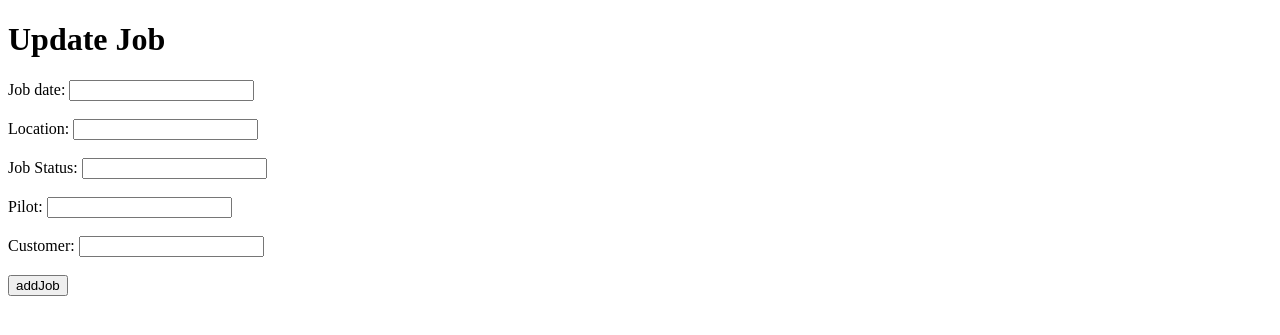
Repository: Parabug-Portal-Project/ParabugPortal
Page: http://localhost/updateJob.php
The author's editor kept a record of every edit. The page is drawn from the files as they stood at one moment, then again after the next edit.
The browser window is 1280 px wide. The pictures show the whole page.
The page is run by PHP 8.4 with error messages shown; the project is at /var/www/html/.

Above is the page before.

### updateJob.php
<?php
session_start();
    include 'dbConnection.php';
    $conn = getDatabaseConnection("heroku_68533dd666c4a97");


if (isset($_GET['updateProduct'])){  //user has submitted update form

    $np = array();
    $np[":productName"] = $_GET['productName'];
    $np[":productDescription"] = $_GET['description'];
    $np[":price"] = $_GET['price'];
    $np[":genderId"] = $_GET['genderId'];
    $np[":colorId"] = $_GET['colorId'];
    $np[":brandId"] = $_GET['brandId'];
    $np[":productImage"] = $_GET['productImage'];

    $sql = "UPDATE oc_product
            SET productName= :productName,
               productDescription = :productDescription,
               price = :price,
               genderId = :genderId,
               colorId = :colorId,
               brandId = :brandId,
               productImage = :productImage
            WHERE productId = " . $_GET['productId'];

    $stmt = $dbConn->prepare($sql);
    $stmt->execute($np);

}
?>

<!DOCTYPE html>
<html>
    <head>
        <title> Update Job </title>
    </head>


    <body>

        <h1> Update Job</h1>

        <form>
           Job date: <input type="text" name="date"></br></br>
           Location: <input type="text" name="location"></br></br>
           Job Status: <input type="text" name="status"></br></br>
           Pilot: <input type="text" name="operator"></br></br>
           Customer: <input type="text" name="customer"></br></br>
        <form>
           <input type="submit" name="addJob" value="addJob">
        </form>
    </body>
</html>

### dbConnection.php
<?php
function getDatabaseConnection($dbname = 'heroku_68533dd666c4a97'){

    $host = 'localhost';//cloud 9
    $username = 'root';
    $password = '';

    //using different database variables in Heroku
    if  (strpos($_SERVER['HTTP_HOST'], 'herokuapp') !== false) {
        $url = parse_url(getenv("CLEARDB_DATABASE_URL"));
        $host = $url["host"];
        $dbname = substr($url["path"], 1);
        $username = $url["user"];
        $password = $url["pass"];
    }

    //creates db connection
    $dbConn = new PDO("mysql:host=$host;dbname=$dbname", $username, $password);

    //display errors when accessing tables
    $dbConn -> setAttribute(PDO::ATTR_ERRMODE, PDO::ERRMODE_EXCEPTION);
    return $dbConn;

}
?>

After the next edit:
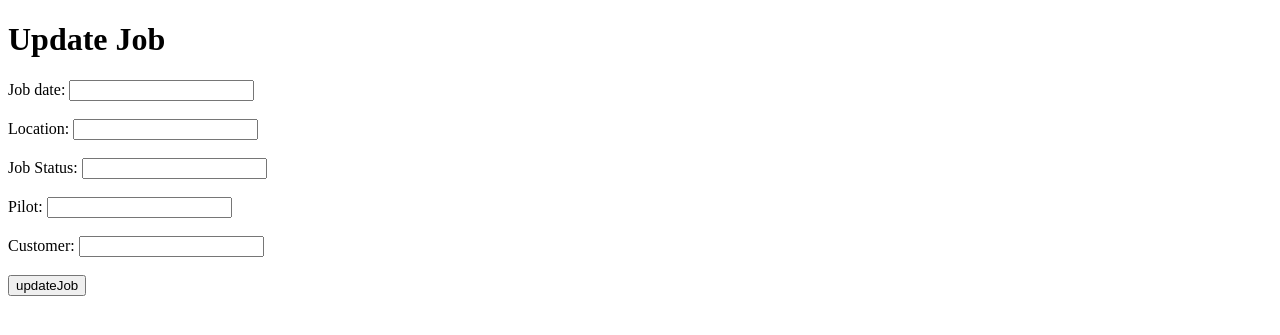
The edit:
--- a/updateJob.php
+++ b/updateJob.php
@@ -49,7 +49,7 @@
            Pilot: <input type="text" name="operator"></br></br>
            Customer: <input type="text" name="customer"></br></br>
         <form>
-           <input type="submit" name="addJob" value="addJob">
+           <input type="submit" name="updateJob" value="updateJob">
         </form>
     </body>
 </html>
